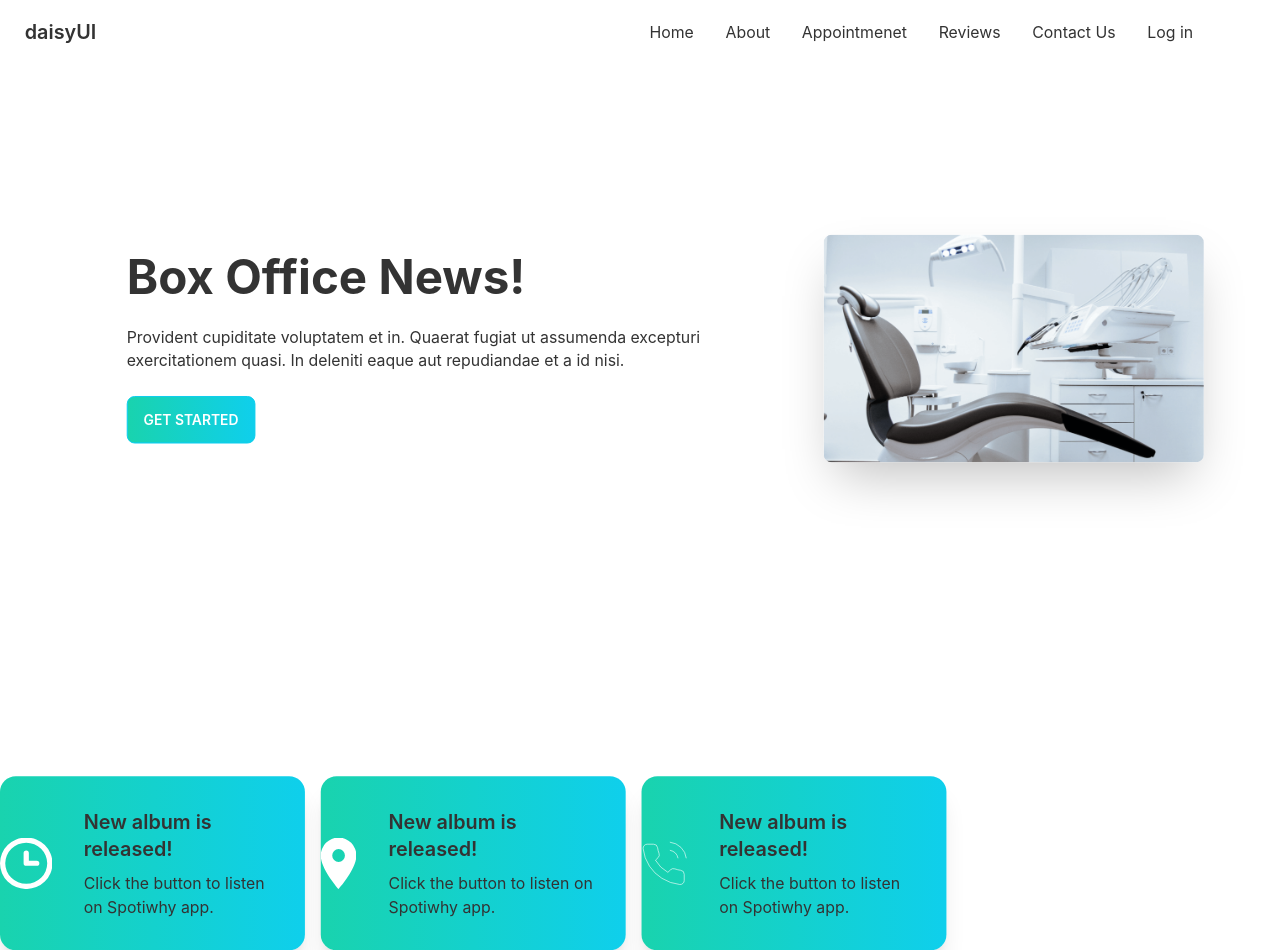
Repository: Tanvir3744/Doctors-client-website
Page: /
An editor plug-in stored every save of this project. The page is shown before and after the next save, followed by the edit.
The browser window is 1280 px wide. The pictures show the whole page, at 99% of full size.
The project was rebuilt for these pictures with package versions that can differ from the ones it lists, and the page was loaded fresh each time. Also part of the build but not shown: src/Pages/About/About.js, src/Pages/Login/Login.js, src/Pages/NotFound/NotFound.js.

Above is the page before, as saved 2022-05-25 17:27:06.

### src/App.js
import { Routes, Route } from 'react-router-dom'
import About from './Pages/About/About';
import Home from './Pages/Home/Home';
import Login from './Pages/Login/Login';
import NotFound from './Pages/NotFound/NotFound';
import Navbar from './Pages/Shared/Navbar';
function App() {
  return (
    <div className="App">
      <Navbar></Navbar>
      <Routes>
        <Route path='/' element={<Home />}></Route>
        <Route path='/home' element={<Home />}></Route>
        <Route path='/about' element={<About />}></Route>
        <Route path='/login' element={<Login />}></Route>
        <Route path='*' element={<NotFound />}></Route>
      </Routes>
    </div>
  );
}

export default App;

### src/Pages/Home/Home.js
import React from 'react';
import InfoCards from '../../components/InfoCards';
import Banner from './Banner/Banner';

const Home = () => {
    return (
        <div>
            <Banner />
            <InfoCards />
        </div>
    );
};

export default Home;

### src/Pages/Shared/Navbar.js
import React from 'react';
import { Link } from 'react-router-dom';

const Navbar = () => {
    //menu items stored here
    const menuItems = <>
        <li><Link to="/">Home</Link></li>
        <li><Link to="/about">About</Link></li>
        <li><Link to="/appointment">Appointmenet</Link></li>
        <li><Link to="/reviews">Reviews</Link></li>
        <li><Link to="/contact">Contact Us</Link></li>
        <li><Link to="/login">Log in </Link></li>
    </>
    return (
        <div>
            <div class="navbar bg-base-100">
                <div class="navbar-start">
                    <div class="dropdown">
                        <label tabindex="0" class="btn btn-ghost lg:hidden">
                            <svg xmlns="http://www.w3.org/2000/svg" class="h-5 w-5" fill="none" viewBox="0 0 24 24" stroke="currentColor"><path stroke-linecap="round" stroke-linejoin="round" stroke-width="2" d="M4 6h16M4 12h8m-8 6h16" /></svg>
                        </label>
                        <ul tabindex="0" class="menu menu-compact dropdown-content mt-3 p-2 shadow bg-base-100 rounded-box w-52">
                           {menuItems}
                        </ul>
                    </div>
                    <Link to='/' class="btn btn-ghost normal-case text-xl">daisyUI</Link>
                </div>
                <div class="navbar-center hidden lg:flex">
                    <ul class="menu menu-horizontal p-0">
                        {menuItems}
                    </ul>
                </div>
            </div>
        </div>
    );
};

export default Navbar;

### src/components/InfoCards.js
import React from 'react';
import ChildInfoCards from './ChildInfoCards';
import Clock from './../assets/icons/clock.svg'
import Marker from './../assets/icons/marker.svg'
import Phone from './../assets/icons/phone.svg'
const InfoCards = () => {
    return (
        <div className='grid grid-cols-4 gap-4'>
            <ChildInfoCards img={Clock} />
            <ChildInfoCards img={Marker} />
            <ChildInfoCards img={Phone} />
        </div>
    );
};

export default InfoCards;

### src/Pages/Home/Banner/Banner.js
import React from 'react';
import chair from '../../../assets/images/chair.png'
const Banner = () => {
    return (
        <div className='px-12'>
            <div class="hero min-h-screen conatiner mx-auto">
                <div class="hero-content flex-col lg:flex-row-reverse -mt-36">
                    <img src={chair} class="max-w-sm rounded-lg shadow-2xl " />
                    <div className='px-16'>
                        <h1 class="text-5xl font-bold">Box Office News!</h1>
                        <p class="py-6">Provident cupiditate voluptatem et in. Quaerat fugiat ut assumenda excepturi exercitationem quasi. In deleniti eaque aut repudiandae et a id nisi.</p>
                        <button class="btn btn-primary text-white rounded-lg bg-gradient-to-r from-secondary to-primary">Get Started</button>
                    </div>
                </div>
            </div>
        </div>
    );
};

export default Banner;

### src/components/ChildInfoCards.js
import React from 'react';

const ChildInfoCards = (props) => {
    const {img} = props;
    return (
        <div className='container'>
            <div class="card lg:card-side shadow-xl bg-gradient-to-r from-secondary to-primary">
                <figure><img src={img} alt="Info cards" /></figure>
                <div class="card-body">
                    <h2 class="card-title">New album is released!</h2>
                    <p>Click the button to listen on Spotiwhy app.</p>
                </div>
            </div>
        </div>
    );
};

export default ChildInfoCards;

### tailwind.config.js
module.exports = {
  content: ["./src/**/*.{html,js}"],
  theme: {
    extend: {},
  },
  daisyui: {
    themes: [
      {

        mytheme: {
          primary: "#0FCFEC",
          secondary: "#19D3AE",
          neutral: "#3d4451",
          darkis : "#3A4256",
          accent: "#37cdbe",
          "base-100": "#ffffff",
        },
      },
      "cupcake",
    ],
  },
  plugins: [require("daisyui")],
}

Loaded but not shown: public/index.html (common file); src/index.js (common file); src/index.css (common file); src/reportWebVitals.js (common file)

After the next save:
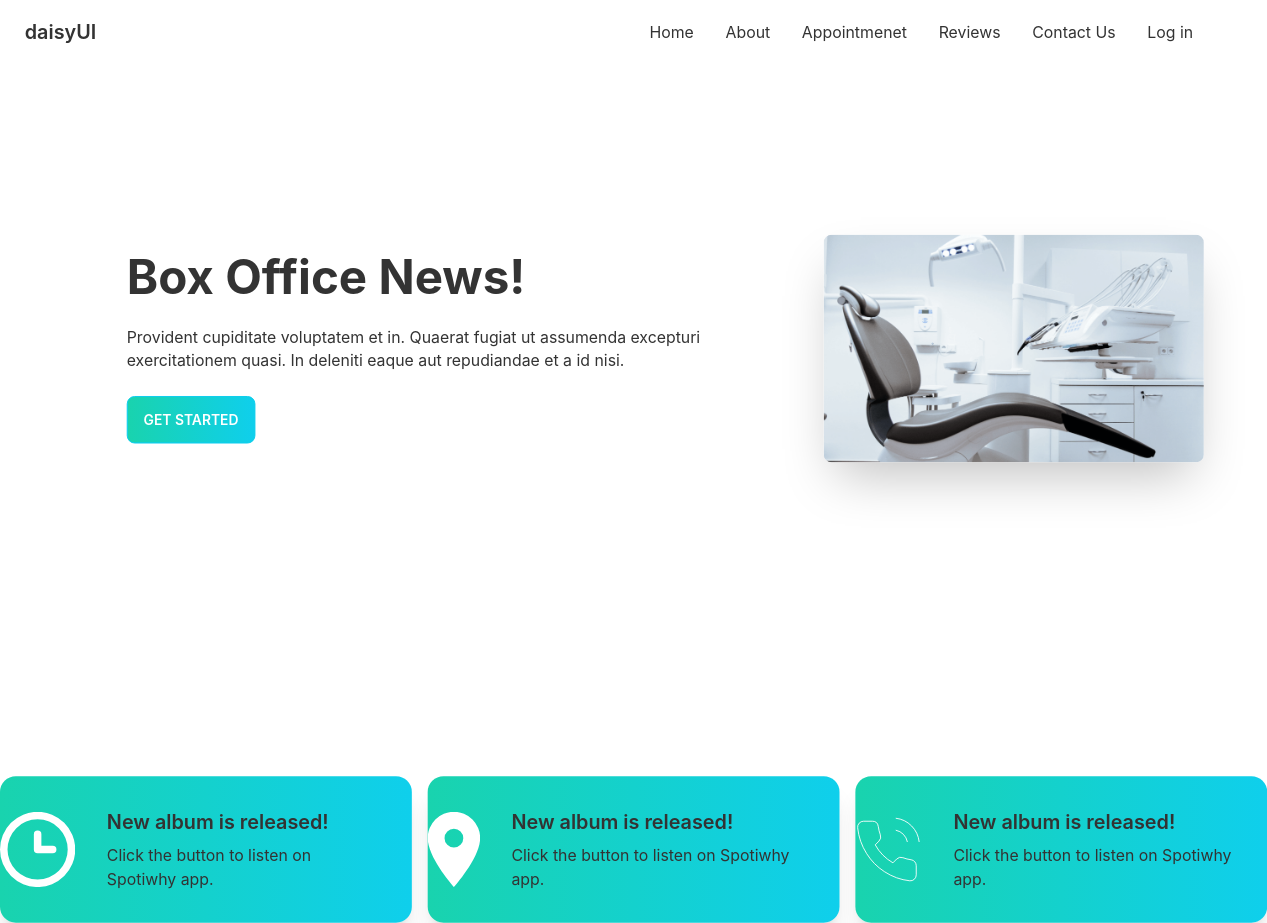
Saved 7 s later.
--- a/src/components/InfoCards.js
+++ b/src/components/InfoCards.js
@@ -5,7 +5,7 @@ import Marker from './../assets/icons/marker.svg'
 import Phone from './../assets/icons/phone.svg'
 const InfoCards = () => {
     return (
-        <div className='grid grid-cols-4 gap-4'>
+        <div className='grid grid-cols-3 gap-4'>
             <ChildInfoCards img={Clock} />
             <ChildInfoCards img={Marker} />
             <ChildInfoCards img={Phone} />
